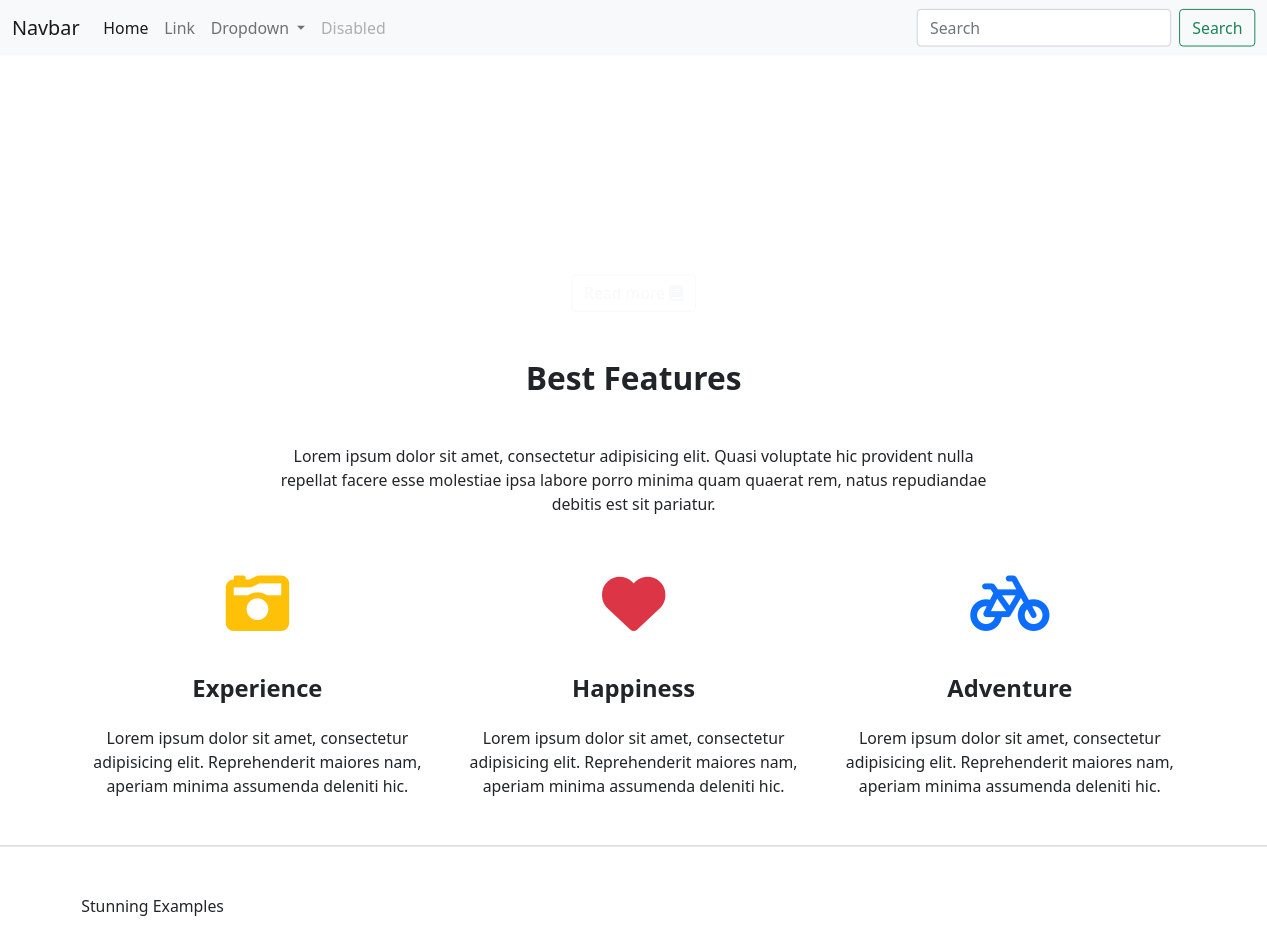
Repository: nptg3105/lab04-landing-page-boostrap5
Page: index.html
These files come from the project's save history. The page is drawn as it stood at one moment and after the next save; the edit follows.
The browser window is 1280 px wide. The pictures show the whole page, at 99% of full size.

Above is the page before, as saved 2021-12-19 10:33:43.

### index.html
<!DOCTYPE html>
<html lang="en">
  <head>
    <meta charset="UTF-8" />
    <meta http-equiv="X-UA-Compatible" content="IE=edge" />
    <meta name="viewport" content="width=device-width, initial-scale=1.0" />
    <title>lab04-Landing-Page-Boostrap</title>
    <link
      href="https://cdn.jsdelivr.net/npm/bootstrap@5.1.3/dist/css/bootstrap.min.css"
      rel="stylesheet"
      integrity="sha384-1BmE4kWBq78iYhFldvKuhfTAU6auU8tT94WrHftjDbrCEXSU1oBoqyl2QvZ6jIW3"
      crossorigin="anonymous"
    />
    <link rel="stylesheet" href="https://cdnjs.cloudflare.com/ajax/libs/font-awesome/6.0.0-beta3/css/all.min.css" integrity="sha512-Fo3rlrZj/k7ujTnHg4CGR2D7kSs0v4LLanw2qksYuRlEzO+tcaEPQogQ0KaoGN26/zrn20ImR1DfuLWnOo7aBA==" crossorigin="anonymous" referrerpolicy="no-referrer" />
    <link rel="stylesheet" href="dist/index.css" />
  </head>
  <body>
    <header>
      <nav class="navbar navbar-expand-lg navbar-light bg-light">
        <div class="container-fluid">
          <a class="navbar-brand" href="#">Navbar</a>
          <button
            class="navbar-toggler"
            type="button"
            data-bs-toggle="collapse"
            data-bs-target="#navbarSupportedContent"
            aria-controls="navbarSupportedContent"
            aria-expanded="false"
            aria-label="Toggle navigation"
          >
            <span class="navbar-toggler-icon"></span>
          </button>
          <div class="collapse navbar-collapse" id="navbarSupportedContent">
            <ul class="navbar-nav me-auto mb-2 mb-lg-0">
              <li class="nav-item">
                <a class="nav-link active" aria-current="page" href="#">Home</a>
              </li>
              <li class="nav-item">
                <a class="nav-link" href="#">Link</a>
              </li>
              <li class="nav-item dropdown">
                <a
                  class="nav-link dropdown-toggle"
                  href="#"
                  id="navbarDropdown"
                  role="button"
                  data-bs-toggle="dropdown"
                  aria-expanded="false"
                >
                  Dropdown
                </a>
                <ul class="dropdown-menu" aria-labelledby="navbarDropdown">
                  <li><a class="dropdown-item" href="#">Action</a></li>
                  <li><a class="dropdown-item" href="#">Another action</a></li>
                  <li><hr class="dropdown-divider" /></li>
                  <li>
                    <a class="dropdown-item" href="#">Something else here</a>
                  </li>
                </ul>
              </li>
              <li class="nav-item">
                <a class="nav-link disabled">Disabled</a>
              </li>
            </ul>
            <form class="d-flex">
              <input
                class="form-control me-2"
                type="search"
                placeholder="Search"
                aria-label="Search"
              />
              <button class="btn btn-outline-success" type="submit">
                Search
              </button>
            </form>
          </div>
        </div>
      </nav>
      <div class="hero">
       <div class="container-fluid d-flex align-items-center justify-content-center h-100">
         <div class="row d-flex justify-content-center text-center">
           <div class="col-md-10">
            <h2 class="text-white display-4 fw-bold pt-5 mb-2">Travel</h2>
            <h4 class="text-white my-4">Lorem ipsum dolor sit amet, consectetur adipisicing elit. Deleniti consequuntur.</h4>
            <button class="btn btn-outline-light">Read more <i class="fa fa-book"></i></button>
           </div>
         </div>
       </div>
      </div>
      <div class="feature text-center mt-5">
        <div class="container">
          <h2 class="feature__heading fw-bold mb-5">Best Features</h2>
          <div class="feature__detail row d-flex justify-content-center mb-4">
            <div class="col-md-8">
              <p class="grey-text">Lorem ipsum dolor sit amet, consectetur adipisicing elit. Quasi voluptate hic provident nulla repellat facere esse molestiae ipsa labore porro minima quam quaerat rem, natus repudiandae debitis est sit pariatur.</p>
            </div>
            </div>
          <div class="feature__list row">
            <div class="feature__item col-md-4">
              <div class="feature__icon fa-4x text-warning"><i class="fas fa-camera-retro"></i></div>
              <h4 class="feature__title my-4 fw-bold">Experience</h4>
              <div class="feature__desc text-grey">Lorem ipsum dolor sit amet, consectetur adipisicing elit. Reprehenderit maiores nam, aperiam minima assumenda deleniti hic.</div>
            </div>
            <div class="feature__item col-md-4">
              <div class="feature__icon fa-4x text-danger"><i class="fas fa-heart"></i></div>
              <h4 class="feature__title my-4 fw-bold">Happiness</h4>
              <div class="feature__desc text-grey">Lorem ipsum dolor sit amet, consectetur adipisicing elit. Reprehenderit maiores nam, aperiam minima assumenda deleniti hic.</div>
            </div>
            <div class="feature__item col-md-4 ">
              <div class="feature__icon fa-4x text-primary"><i class="fas fa-bicycle"></i></div>
              <h4 class="feature__title my-4 fw-bold">Adventure</h4>
              <div class="feature__desc text-grey">Lorem ipsum dolor sit amet, consectetur adipisicing elit. Reprehenderit maiores nam, aperiam minima assumenda deleniti hic.</div>
            </div>
          </div>
        </div>

      </div>
      <hr class="my-5">
      <div class="stunning">
        <div class="container">
          <div class="stunning__heading">Stunning Examples</div>

        </div>
      </div>
    </header>

    </p>

    <script
      src="https://cdn.jsdelivr.net/npm/bootstrap@5.1.3/dist/js/bootstrap.bundle.min.js"
      integrity="sha384-ka7Sk0Gln4gmtz2MlQnikT1wXgYsOg+OMhuP+IlRH9sENBO0LRn5q+8nbTov4+1p"
      crossorigin="anonymous"
    ></script>
  </body>
</html>

### dist/index.css
* {
  box-sizing: border-box;
  margin: 0;
  padding: 0;
}
body {
  line-height: 1.5;
}
:root {
  --color-bg: #ecf2f8;
  --color-white: #fff;
  --color-violet: #7541c8;
  --color-light-grey: #cfcfcf;
  --color-dark-grey: #19212e;
  --color-grey: #48556a;
}
.hero {
  background: url(https://mdbootstrap.com/img/Photos/Horizontal/Nature/full%20page/img%20(
        3
      ).jpg)
    no-repeat 50% fixed;
}
/*# sourceMappingURL=index.css.map */

After the next save:
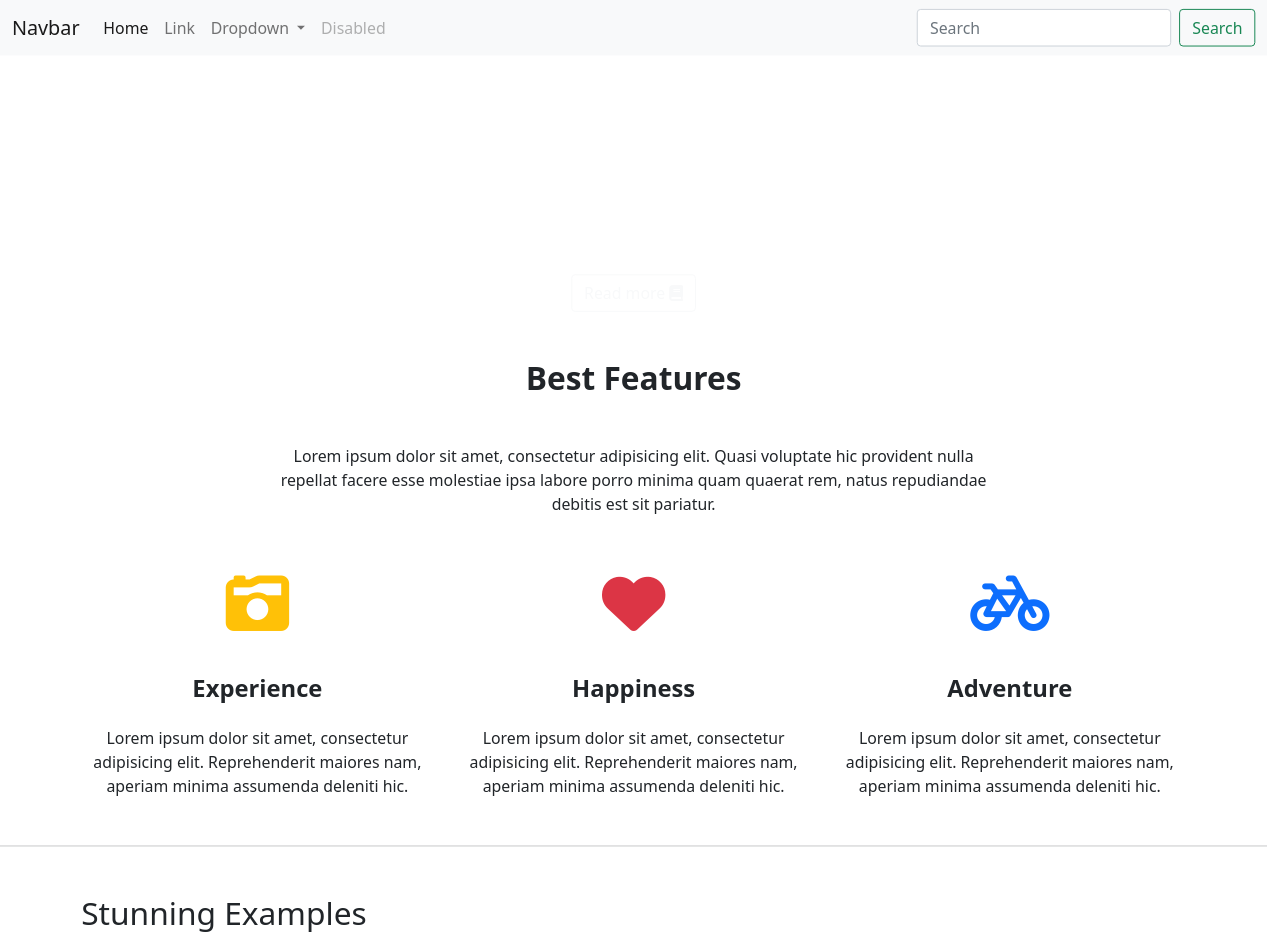
Saved 12 s later.
--- a/index.html
+++ b/index.html
@@ -118,7 +118,7 @@
       <hr class="my-5">
       <div class="stunning">
         <div class="container">
-          <div class="stunning__heading">Stunning Examples</div>
+          <h2 class="stunning__heading">Stunning Examples</h2>
 
         </div>
       </div>
